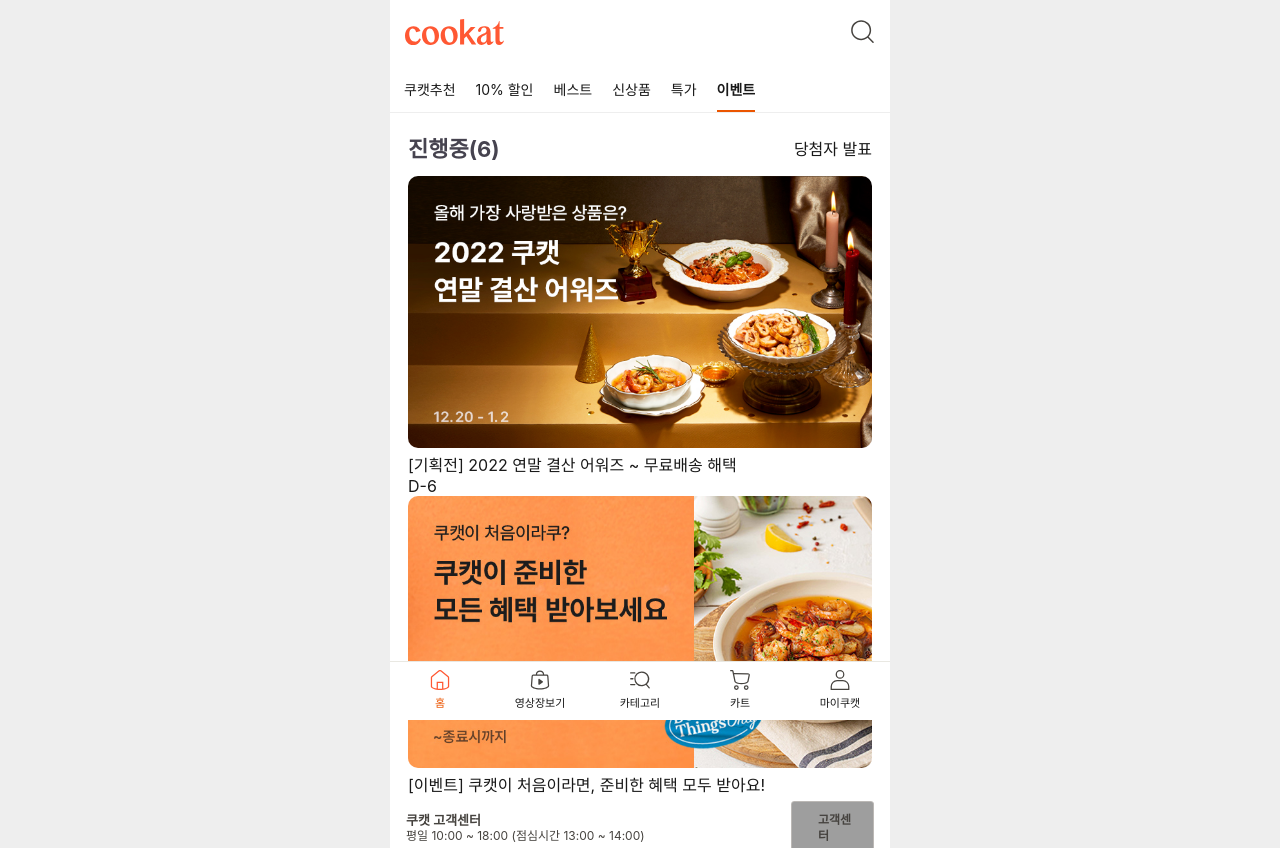
Repository: CooKat/Cookat
Page: event.html
The author's editor kept a copy of each file at every save. The page is drawn from the files as they stood at one save, then again after the next save.
The browser window is 1280 px wide. The pictures show the part of the page from y = 0 to 848 px (the page is 1645 px tall before and 1637 px after).
Pictures or frames that could not be fetched are drawn as grey boxes. A picture or video elsewhere on the page could not be fetched, so the positions and the page height are approximate. Some web fonts or font styles are not loaded; a fallback is used.

Above is the page before, as saved 2022-12-27 20:44:11.
Not found: js/ex1.js

### event.html
<!DOCTYPE html>
<html lang="ko-KR">
  <head>
    <meta charset="UTF-8" />
    <meta http-equiv="X-UA-Compatible" content="IE=edge" />
    <meta name="viewport" content="width=device-width, initial-scale=1.0" />
    <link rel="shortcut icon" type="image/x-icon" href="./images/1.png" />
    <link
      rel="stylesheet"
      as="style"
      crossorigin
      href="https://cdn.jsdelivr.net/gh/orioncactus/pretendard@v1.3.6/dist/web/static/pretendard.css"
    />
    <link
      href="https://cdn.jsdelivr.net/npm/remixicon@2.5.0/fonts/remixicon.css"
      rel="stylesheet"
    />
    <link rel="stylesheet" href="https://cdn.jsdelivr.net/npm/swiper/swiper-bundle.min.css" />
    <link rel="stylesheet" href="./css/main.css" />
    <link rel="stylesheet" href="./css/event.css" />
    <title>쿠캣</title>
  </head>
  <body>
    <div class="container">

      <!-- 상단 메뉴바 -->
      <header class="header">
        <a href="/" class="logo"><img src="./images/logo-main.svg" alt="쿠캣마켓" /></a>
        <div class="menu swiper">
          <ul class="swiper-wrapper" role="menubar" aria-hidden="false">
            <li role="none" class="swiper-slide">
              <a role="menuitem" href="/">쿠캣추천</a>
            </li>
            <li class="swiper-slide" role="none"><a role="menuitem" href="/">10% 할인</a></li>
            <li class="swiper-slide" role="none">
              <a role="menuitem" href="./best.html">베스트</a>
            </li>
            <li class="swiper-slide" role="none"><a role="menuitem" href="/">신상품</a></li>
            <li class="swiper-slide" role="none">
              <a role="menuitem" href="./specialPrice.html">특가</a>
            </li>
            <li class="swiper-slide  active" role="none"><a role="menuitem" href="/">이벤트</a></li>
          </ul>
        </div>
        <button type="button" class="search">
          <img src="./images/ic-24-finder.svg" alt="검색 아이콘" />
        </button>
      </header>

      <main class="main">
        <section class="event">
          <!-- 진행중(6) 당첨자 발표 -->
          <div class="event-ing">
            <h2 class="event-ing-title">진행중(6)</h2>
            <p>당첨자 발표</p>
          </div>

          <!-- 행사 아이템들 -->
          <div class="item-list">
            <div class="item-list-item">
              <img src="./images/event1.jpg">
              <h2 class="item-list-title">[기획전] 2022 연말 결산 어워즈 ~ 무료배송 해택</h2>
              <span class="coupon">D-6</span>
            </div>
          </div>

          <div class="item-list">
            <div class="item-list-item">
              <img src="./images/event2.jpg">
              <h2 class="item-list-title">[이벤트] 쿠캣이 처음이라면, 준비한 혜택 모두 받아요!</h2>
            </div>
          </div>

        </section>

      </main>

      <!-- footer -->
      <footer class="footer">
        <div class="center-info-container">
          <h2 class="center-info">쿠캣 고객센터</h2>
          <span class="time-info"
            >평일 <time>10:00</time> ~ <time>18:00</time> (점심시간 <time>13:00</time> ~
            <time>14:00</time>)</span
          >

          <a href="tel:1668-3525" class="center-contact"> 고객센터</a>
        </div>
        <div class="business-info-container">
          <div class="business-info-title-container">
            <h2 class="business-info">(주) 쿠캣 사업자 정보</h2>
            <button class="business-info-toggle-btn">
              <img
                alt="addit-toggle-img"
                src="	https://crcf.cookatmarket.com/assets/mobile/img/using_guide/ic-16-close-bold.svg"
              />
            </button>
          </div>

          <ul class="business-info-list">
            <li class="business-info-item">
              <label for="representative">대표자</label><span id="representative">이문주</span>
            </li>
            <li class="business-info-item">
              <label for="address">주소</label>
              <address id="address">
                서울특별시 강남구 영동대로112길 36, 3층, 지하 1층 (삼성동, 오티씨타워)
              </address>
            </li>
            <li class="business-info-item">
              <label
                for="
              business-number"
                >사업자등록번호</label
              ><span id=" business-number">
                110-86-12995
                <a class="business-info-check" href="/">사업자정보 확인</a></span
              >
            </li>
            <li class="business-info-item">
              <label for="mail-order-number">통신판매업 신고번호</label
              ><span
                id="
              mail-order-number"
                >2018-서울강남-01681</span
              >
            </li>
            <li class="business-info-item">
              <div class="center-info-flexcontent-container">
                <label
                  for="
              service-center"
                  >고객센터</label
                >
                <div class="center-info-content-container">
                  <a
                    id="service-center"
                    href="tel:1668-3525
              "
                    >1668-3525
                  </a>
                  <span id="service-center"
                    >평일 <time>10:00</time> ~ <time>18:00</time> (점심시간 <time>13:00</time> ~
                    <time>14:00</time>) 주말 <time>10:00</time> ~ <time>13:00</time></span
                  >
                </div>
              </div>
            </li>
            <li class="business-info-item">
              <label for="marketing-email">마케팅 제휴문의</label
              ><span id="marketing-email">marketing@cookat.co</span>
            </li>
            <li class="business-info-item">
              <label
                for="
              goods-email"
                >상품 제휴문의</label
              ><span id=" goods-email">
                <span>product@cookat.co<br /></span
              ></span>
            </li>
            <li class="business-info-item">
              <label for="person-in-charge">개인정보보호 책임자</label
              ><span id="person-in-charge"> 주지석 (jiseok.joo@cookat.co)</span>
            </li>
          </ul>

          <small class="copyright"> Copyright © 쿠캣. All rights reserved.</small>
          <ul class="more-details-list">
            <li><a class="more-details" href="/">이용약관</a></li>
            <li>
              <a class="more-details" id="qkdcla" href="/">개인정보 처리방침</a>
            </li>
            <li><a class="more-details" href="/">공지사항</a></li>
          </ul>
        </div>

        <div class="additional-container">
          <a href="/">로그인</a>
          <a id="app-down" href="/"> APP다운</a>
        </div>
      </footer>

      <!-- 하단바 -->
      <nav class="fix-footer-menu">
        <ul>
          <li class="my-home on"><a href="/">홈</a></li>
          <li class="my-video"><a href="/">영상장보기</a></li>
          <li class="my-menu"><a href="/">카테고리</a></li>
          <li class="my-cart"><a href="/">카트</a></li>
          <li class="my-cookat"><a href="/">마이쿠캣</a></li>
        </ul>
      </nav>
    </div>

    <!-- Swiper JS -->
    <script src="https://cdn.jsdelivr.net/npm/swiper/swiper-bundle.min.js"></script>
    <!-- Initialize Swiper -->
    <script src="./js/ex1.js"></script>
    <script>
      var menu = new Swiper('.menu.swiper', {
        slidesPerView: 'auto',
        freeMode: true,
      });
    </script>
  </body>
</html>

### css/main.css
@import url(./normalize.css);
@import url(./reset.css);
@import url(./theme.css);

/* 숨김 콘텐츠 */
.a11y-hidden,
legend {
  position: absolute;
  width: 1px;
  height: 1px;
  overflow: hidden;
  clip-path: polygon(0 0, 0 0, 0 0);
}

/* 기본 스타일 */
*,
*::before,
*::after {
  box-sizing: border-box;
}

/* 링크 스타일 */
a {
  color: inherit;
  text-decoration: none;
}

/* 본문 스타일 */
body {
  font-size: 1rem;
  color: #191919;
  font-family: 'Pretendard Variable', Pretendard, -apple-system, BlinkMacSystemFont, system-ui,
    Roboto, 'Helvetica Neue', 'Segoe UI', 'Apple SD Gothic Neo', 'Noto Sans KR', 'Malgun Gothic',
    'Apple Color Emoji', 'Segoe UI Emoji', 'Segoe UI Symbol', sans-serif;
  background: #eee;
}

/* 이미지크기 */
img {
  max-width: 100%;
  height: auto;
}

.white * {
  color: var(--color-white);
}

.container {
  max-width: var(--max-width);
  margin: 0 auto 3.437rem auto;
  background: #fff;
}

/* 헤더 */
.header {
  position: relative;
  padding: var(--spacing-m) 0 0;
  margin-bottom: -1px;
}

.logo {
  display: inline-block;
  padding: 0 var(--spacing-m);
}

.menu {
  margin: var(--spacing-m) 0 0 0;
  overflow: hidden;
  border-bottom: 1px solid #eee;
  font-size: var(--text-sm);
  padding-left:var(--spacing-xxs);
}

.menu li {
  width: auto;
}

.menu li:nth-child(2) {
  color: var(--main-color);
}

.menu .active {
  font-weight: 600;
}

.menu .active::after {
  content: '';
  display: block;
  width: calc(100% - 20px);
  border-top: var(--spacing-sxxs) solid var(--color-deep-orange);
  margin: 0 auto;
}
.menu a {
  display: block;
  line-height: var(--spacing-xxl);
  padding: 0 var(--spacing-sm);
}

.menu a:focus {
  outline-offset: -2px;
}

.search {
  position: absolute;
  right: 0;
  top: 0;
  padding: var(--spacing-m);
  font-size: 2em;
  background: none;
  border: 0;
}

/* 메인배너 */

.visual .text-wrap {
  position: absolute;
  left: 3.125rem;
  top: 50%;
  transform: translateY(-50%);
  color: var(--color-black);
}

.visual .text-wrap p {
  font-size: var(--text-base);
  line-height: 1.6;
  margin-bottom: var(--spacing-l);
  font-weight: 500;
}

.visual .text-wrap h2 {
  font-size: var(--text-xxl);
  line-height: 1.2;
  margin-bottom: var(--spacing-l);
  font-weight: 700;
}

.visual .text-wrap span {
  font-size: var(--text-sm);
  font-weight: 200;
}

.visual .swiper-slide {
  font-size: 0;
}

.visual .swiper-button-next,
.visual .swiper-button-prev {
  color: #fff;
  background: rgba(0, 0, 0, 0.3);
  padding: var(--spacing-l) var(--spacing-xm);
  width: auto;
  height: auto;
  transform: translateY(-50%);
  display: none;
}
.visual:hover .swiper-button-next,
.visual:hover .swiper-button-prev {
  display: block;
}

.visual .swiper-button-next i,
.visual .swiper-button-prev i {
  font-size: var(--text-sm);
}

.visual .swiper-button-next {
  right: 0;
}

.visual .swiper-button-prev {
  left: 0;
}

.visual .swiper-pagination-fraction {
  left: auto;
  right: 0;
  bottom: 0;
  width: auto;
  padding: 0.31rem var(--spacing-xs);
  color: #fff;
  background: rgba(0, 0, 0, 0.3);
  font-size: var(--text-xxs);
}

/* 이미지형 카테고리 */

.img-menu-bar {
  padding: var(--spacing-sm) 0;
  border-bottom: 1px solid #eee;
}

.img-menu-bar .swiper {
  padding: 0 10px;
}

.img-menu-bar .img-wrap {
  margin-top: var(--spacing-xxs);
  padding-top:100%;
  background-size: 100%;
  background-repeat: no-repeat;
  background-position: top;
}

li:nth-child(1) .img-wrap {
  background-image: url(../images/cone_1670197609_1248.png);
}

li:nth-child(2) .img-wrap {
  background-image: url(../images/mego_1670837921_8955.png);
}

li:nth-child(3) .img-wrap {
  background-image: url(../images/cone_1670197609_1248.png);
}

li:nth-child(4) .img-wrap {
  background-image: url(../images/fave_1660854487_5770.png);
}

li:nth-child(5) .img-wrap {
  background-image: url(../images/cuno_1660854530_1620.png);
}

li:nth-child(6) .img-wrap {
  background-image: url(../images/lawu_1660854619_3559.png);
}

.img-menu-bar span {
  display: block;
  text-align: center;
  margin: var(--spacing-sm) 0;
  font-size: var(--text-xs);
}

/* 오른쪽 고정 배너 */
.fixed-advertise-container {
  position: fixed;
  width: 270px;
  height: 374px;
  top: 30%;
  left: 50%;
  transform: translate(300px, 0px);
}

.cookat-deliver-link img {
  height: 270px;
  position: absolute;
  top: 0;
  left: 0;
  right: 0;
}

/* 앱 QR 코드(선영) */
.qr-info {
  width: 16.875rem;
  height: 4.062rem;
  left: 0;
  bottom: 0px;
  position: absolute;
}

.qr-code {
  width: 3.875rem;
  height: 3.875rem;
  margin-right: var(--spacing-base);
}

.qr-text {
  width: 7.3125rem;
  height: 3.75rem;
}

/* 런칭 특가(선영) */
.launching-sale-container {
  position: relative;
  width: 100%;
  margin-bottom: 3.125rem;
}

.launching-sale-container h2 {
  margin-left: var(--spacing-xs);
  margin-bottom: var(--spacing-md);
}

.launching-menu-list {
  padding: 0 var(--spacing-lg) var(--spacing-xs);
}

.launching-food-link {
  position: relative;
}

.launching-food-link img {
  border-radius: var(--spacing-sm);
}

.launching-food-count {
  background-color: #ff5833;
  color: white;
  display: block;
  width: 100%;
  height: 1.75rem;
  font-size: var(--text-xxs);
  font-weight: 500;
  padding: var(--spacing-xs) 0 0 var(--spacing-xm);
  border-bottom-right-radius: var(--spacing-sm);
  border-bottom-left-radius: var(--spacing-sm);
  position: absolute;
  bottom: 6.625rem;
}

.launching-food-count em {
  font-weight: 700;
}

.launching-menu-text {
  padding-top: var(--spacing-sm);
}

.launching-content1 {
  font-size: var(--text-lg);
  font-weight: 700;
  line-height: 1.875rem;
  margin: 0 0 var(--spacing-sxxs);
}

.launching-content2 {
  display: block;
  font-size: var(--text-md);
  margin: 0 0 var(--spacing-xs);
  font-weight: 500;
  line-height: var(--text-lg);
}

.launching-content3 {
  font-size: var(--text-sm);
  font-weight: 500;
  line-height: var(--text-xs);
  opacity: 0.5;
}

.launching-food-price em {
  color: #ff5833;
  font-size: var(--text-lg);
  font-weight: 700;
  margin-right: var(--spacing-xxs);
}

.launching-food-price {
  font-size: var(--text-lg);
  font-weight: 700;
}

/* 상품영역 */

.prd-list {
  position: relative;
  padding: 0 var(--spacing-sm);
  color: var(--color-black);
}

.prd-list li {
  display: inline-block;
  font-size: 1.5rem;
  vertical-align: top;
}

.prd-list li:focus {
  outline-offset: 2px;
}

.product-title {
  font-size: var(--text-xl);
  font-weight: 700;
  margin: var(--spacing-xxl) 0 var(--spacing-xxs);
  padding: 0 var(--spacing-sm);
}

.prd-sub-text {
  color: #999;
  margin-bottom: var(--spacing-md);
  line-height: 1.4;
  padding: 0 var(--spacing-sm);
  font-size: var(--text-sm);
}

.prd-thumb {
  position: relative;
}

.prd-thumb a {
  display: block;
  font-size: 0;
}

.prd-thumb img {
  border-radius: 8px;
}

.prd-info {
  margin: var(--spacing-xm) 0;
  line-height: 1;
  font-size: 0;
}

.prd-info h2 {
  font-size: var(--text-sm);
  line-height: 1.2;
  margin-bottom: var(--spacing-sxxs);
}

.prd-info p,
.prd-info em {
  display: inline-block;
  font-weight: 700;
  font-size: var(--text-base);
  letter-spacing: -0.5px;
  margin-right: var(--spacing-xxs);
}

.prd-info .custom {
  font-size: var(--text-sm);
  font-weight: 300;
  color: #999;
  text-decoration: line-through;
  line-height: 1.4;
}

.prd-info .custom.block {
  display: block;
}

.prd-info .custom.in-block {
  display: inline-block;
}

.discount-rate {
  color: var(--color-deep-orange);
}

.cart-btn {
  position: absolute;
  right: 0;
  bottom: 0;
  background: none;
  border: 0;
  padding: 10px;
  font-size: 0;
}

.more {
  position: absolute;
  padding: var(--spacing-sm);
  font-size: var(--text-sm);
  font-weight: 400;
  right: 5px;
  top: -7px;
}

.more::after {
  content: '';
  margin-left: var(--spacing-xxs);
  padding-left: var(--spacing-md);
  background: url(../images/ic-16-next-fit.svg) no-repeat center/6px;
}

/* .prd-more {
} */

/* 영상장보기 */
.market {
  width: 100%;
  position: relative;
  background-color: #fff;
  max-height: 400px;
  margin: 0;
  margin-bottom: var(--spacing-lg);
}

.market-title{
  padding: 0 20px;
}

.video-slide {
  aspect-ratio: 1/1.56;
}

.video-slide a {
  display: block;
  height: 100%;
}

.video-slide img {
  object-fit: cover;
  border-radius: 7px;
  height: 100%;
}

.videoSwiper:last-child {
  margin: 0;
}

.video-slide::after {
  width: 188px;
  background-image: url(/images/shadow-tv.png);
  background-position: left bottom;
  background-repeat: repeat-x;
  background-size: 146px 63px;
  position: absolute;
  border-radius: 7px;
  bottom: 0;
  left: 0;
  width: 100%;
  height: 100%;
  content: '';
  z-index: 2;
}

.img-content {
  position: absolute;
  font-size: 12px;
  padding: 0 20px 0 15px;
  color: #fff;
  bottom: 11px;
  text-align: left;
  font-weight: 500;
  z-index: 4;
}

.market-plus {
  display: block;
  width: 61px;
  line-height: 26px;
  position: absolute;
  top: 23px;
  right: 18px;
  font-size: 14px;
  color: #46433f;
}

.market-plus::after {
  content: '';
  margin-left: var(--spacing-xxs);
  padding-left: var(--spacing-md);
  background: url(../images/ic-16-next-fit.svg) no-repeat center/6px;
}

/* 슬라이드 광고배너 (윤호)*/
.slide {
  width: 100%;
  margin-bottom: 30px;

}
.market .autoSwiper {
  display: block;
  position: relative;
}

.slide-banner {
  margin: 0 18px;
  border-radius: 10px;
}

.slide-wrapper {
  width: 40.5%;
  height: 100%;

}

.slide-img {
  margin-bottom: var(--spacing-lg);
}

.slide-img img {
  overflow: hidden;
  max-width: 100%;
  height: auto;
  border-radius: 10px;
}

/* 스와이프 점 */
.slide .swiper-pagination {
  size: 1px;
  position: absolute;
  display: block;
  text-align: left;
  margin-left: var(--spacing-l);
  bottom: var(--spacing-xl);
  color: #191919;
  height: auto;
  z-index: 100;
}

/* 선택된 점 */
.swiper .swiper-pagination-bullet {
  background-color: rgb(237, 237, 237);
  width: 7px;
  height: 7px;
  margin: 0 3px;
}

/*@@@@@@@@@ 슬로건 @@@@@@@@@@@@@@@ */
.slogan {
  display: block;
  margin: 20px 0;
}



/* 슬라이드 상품 */

.slide-prd {
  padding: 20px 0;
}

.slide-prd .swiper {
  padding: 0 10px;
}

.slide-prd .product-title {
  padding: 0 20px;
}

/* 타임세일 */

.time-prd .product-title::before {
  content: '';
  display: inline-block;
  background: url(../images/ic-16-clock-orange-full.svg) no-repeat center;
  width: 20px;
  height: 20px;
  vertical-align: middle;
  margin-right: 8px;
}

/* 상품 진열 단수 */
[class*='grid'] {
  display: grid;
  grid-template-rows: auto;
  gap: var(--spacing-md);
  margin: var(--spacing-sm) var(--spacing-xs);
}

.grid1 {
  grid-template-columns: 1fr;
}

.grid2 {
  grid-template-columns: repeat(2, 1fr);
}

.grid3 {
  grid-template-columns: repeat(3, 1fr);
}

/* 하단 고정 메뉴*/

.fix-footer-menu {
  width: 100%;
  max-width: 500px;
  background: var(--color-white);
  border-top: 1px solid var(--color-border);
  position: fixed;
  bottom: 0;
  z-index: 999;
}

.fix-footer-menu ul {
  display: grid;
  grid-template-columns: repeat(5, 1fr);
  grid-template-rows: auto;
  text-align: center;
  font-size: var(--text-sxxs);
}

.fix-footer-menu a {
  display: block;
  padding: var(--spacing-xl) 0 var(--spacing-sm);
  background-repeat: no-repeat;
  background-position: center 8px;
  background-size: 20px;
}

.fix-footer-menu .on a,
.fix-footer-menu a:hover {
  color: var(--color-deep-orange);
}

.my-home a {
  background-image: url(../images/ic-24-home.svg);
}

.my-home.on a,
.my-home a:hover {
  background-image: url(../images/ic-orange-home.svg);
}

.my-video a {
  background-image: url(../images/ic-black-tabbar-tv-new.svg);
}

.my-video.on a,
.my-video a:hover {
  background-image: url(../images/ic-orange-tabbar-tv-new.svg);
}

.my-menu a {
  background-image: url(../images/ic-black-category.svg);
}

.my-menu.on a,
.my-menu a:hover {
  background-image: url(../images/ic-orange-category-new.svg);
}

.my-cart a {
  background-image: url(../images/ic-black-cart.svg);
}

.my-cart.on a,
.my-cart a:hover {
  background-image: url(../images/ic-orange-cart.svg);
}

.my-cookat a {
  background-image: url(../images/ic-24-mycookat-black.svg);
}

.my-cookat.on a,
.my-cookat a:hover {
  background-image: url(../images/ic-orange-mycookat.svg);
}
.footer {
  margin: 0 auto;
  color: #46433f;
  font-size: 12px;
  font-weight: 300px;
  margin-top: 100px;
}
a {
  text-decoration: none;
}
/* 버튼 스타일 제거 */
button {
  -webkit-appearance: none;
  -moz-appearance: none;
  appearance: none;
  background-color: transparent;
}

.footer {
  margin-top: 0;
}

/* h2 폰트 사이즈 스타일 */
.footer h2 {
  font-size: 13px;
}
.center-info {
  font-weight: 600;
}

/* 푸터 상단 스타일 */
.center-info-container {
  padding: 16px;
  position: relative;
  line-height: 16px;
}

.business-info-toggle-btn {
  border: none;
}
.business-info-toggle-btn img {
  border: none;
}

.center-contact {
  color: #46433f;
  font-weight: bold;
  position: absolute;
  top: 50%;
  right: 16px;
  width: 83px;
  padding: 10px 13px 10px 26px;
  transform: translateY(-50%);
  border: 1px solid #bbb8b5;
  border-radius: 3px;
  background: url(https://crcf.cookatmarket.com/assets/mobile/img/using_guide/ic-call-black.svg)
    no-repeat;
  background-position: 16% 50%;
}

/* 푸터 중단 스타일 */
.business-info-container {
  padding: 16px;
  background-color: #f9f9f9;
}
.business-info-title-container {
  padding: 12px 0;
  display: flex;
  align-items: center;
  border-bottom: 1px solid #bbb8b5;
  position: relative;
}

.business-info-list {
  margin-top: 12px;
  line-height: 2.3em;
}
.business-info-item label {
  color: #bbb8b5;
  margin-right: 7px;
}
.business-info-item address {
  display: inline-block;
}
.business-info-check {
  color: red;
  margin-left: 5px;
}
.business-info {
  font-weight: 600;
}
.center-info-flexcontent-container {
  display: flex;
}
.center-info-content-container {
  display: flex;
  flex-flow: row wrap;
  width: 50%;
  line-height: 1.5em;
  padding-top: 2px;
}
.center-info-content-container a {
  font-weight: bold;
  text-decoration: underline;
  color: #5b5752;
}

.copyright {
  color: #bbb8b5;
  margin-top: 12px;
  font-size: 13px;
  display: inline-block;
}

.more-details-list {
  display: flex;
  margin-top: 16px;
}
.more-details-list li {
  margin-right: 5px;
  font-size: 13px;
  padding: 0 10px;
}

.more-details {
  color: #8e8e8e;
}
#qkdcla {
  border-left: 1px solid #8e8e8e;
  border-right: 1px solid #8e8e8e;
  color: #46433f;
  padding: 0 15px;
}

.additional-container {
  align-items: center;
  text-align: center;
  padding: 25px 0;
  border-bottom: 1px solid #cdcdcd;
  margin-bottom: 60px;
}
.additional-container a {
  border: none;
  font-size: 14px;
  display: inline-block;
  width: 49%;
  color: #46433f;
}

#app-down {
  border-left: 1px solid #8e8e8e;
}

@media (min-width: 320px) {
}

### css/event.css
main{
  padding: 0 18px;
}
.event{

}

.event-ing{
  display: flex;
  flex-flow: row nowrap;
  justify-content: space-between;
  margin-top: 24px;
  margin-bottom: var(--spacing-md);
}

.event-ing-title{
  font-size: var(--text-xl);
  line-height: var(--text-xxl);
  color: var(--color-black);
  font-weight: 700;
}

.item-list{

}

.item-list-item{

}

.item-list-item img{
  border-radius: 10px;
}

.item-list-title{

}

### css/theme.css
:root {
  /* 수식 단축키 art+shift+M */
  --color-white: #ffffff;
  --color-blank: #f9f9f9;
  --color-cement: #9d9995;
  --color-placeholder: #bbb8b5;
  --color-deep-orange: #eb5500;
  --color-border: #e9e8e2;
  --color-success: #579bdb;
  --color-black: #46434f;
  --color-gray: #9d999d;
  --color-greyish-brown: #5b5752;

  --spacing-sxxs: 0.125rem; /* 2px */
  --spacing-xxs: 0.25rem; /* 4px */
  --spacing-xs: 0.5rem; /* 8px */
  --spacing-sm: 0.625rem; /* 10px */
  --spacing-xm: 0.75rem; /* 12px */
  --spacing-md: 0.875rem; /* 14px */
  --spacing-m: 0.937rem; /* 15px */
  --spacing-base: 1rem; /* 16px */
  --spacing-lg: 1.125rem; /* 18px */
  --spacing-l: 1.25rem; /* 20px */
  --spacing-xl: 2rem; /* 32px */
  --spacing-xxl: 2.5rem; /* 40px */

  --text-sxxs: 0.6875rem; /* 11px */
  --text-xxs: 0.75rem; /* 12px */
  --text-xs: 0.8125rem; /* 13px */
  --text-sm: 0.875rem; /* 14px */
  --text-md: 0.9375rem; /* 15px */
  --text-base: 1rem; /* 16px */
  --text-lg: 1.125rem; /* 18px */
  --text-xl: 1.375rem; /* 22px */
  --text-xxl: 1.625rem; /* 26px */

  --swiper-navigation-size: 1.125rem; /* 18px */

  --max-width: 31.25rem; /* 500px */
}

Loaded but not shown: css/normalize.css (library); css/reset.css (common file)

After the next save:
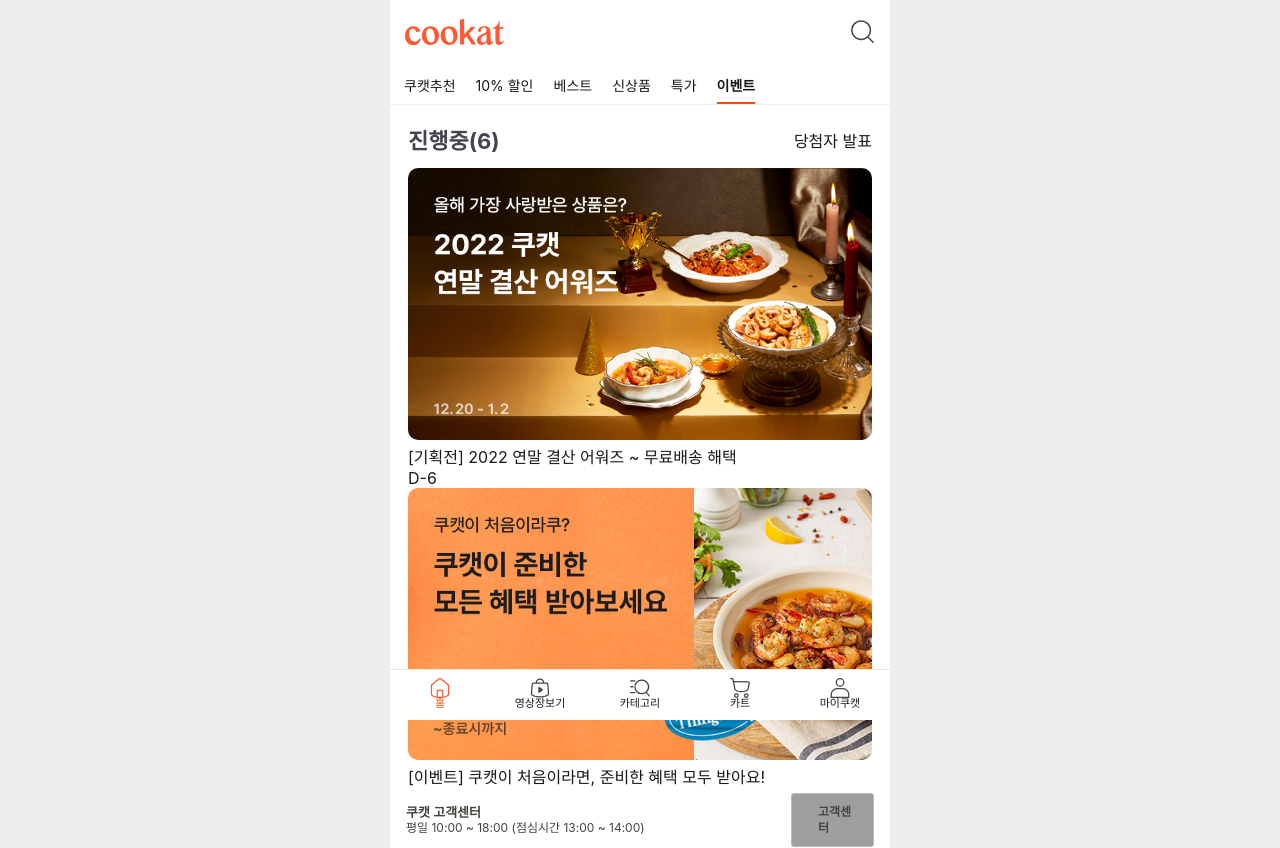
Saved 3 min 15 s later.
--- a/css/theme.css
+++ b/css/theme.css
@@ -21,8 +21,9 @@
   --spacing-base: 1rem; /* 16px */
   --spacing-lg: 1.125rem; /* 18px */
   --spacing-l: 1.25rem; /* 20px */
-  --spacing-xl: 2rem; /* 32px */
-  --spacing-xxl: 2.5rem; /* 40px */
+  --spacing-xl: 1.5rem; /* 24px */
+  --spacing-xxl: 2rem; /* 32px */
+  --spacing-xxxl: 2.5rem; /* 40px */
 
   --text-sxxs: 0.6875rem; /* 11px */
   --text-xxs: 0.75rem; /* 12px */
